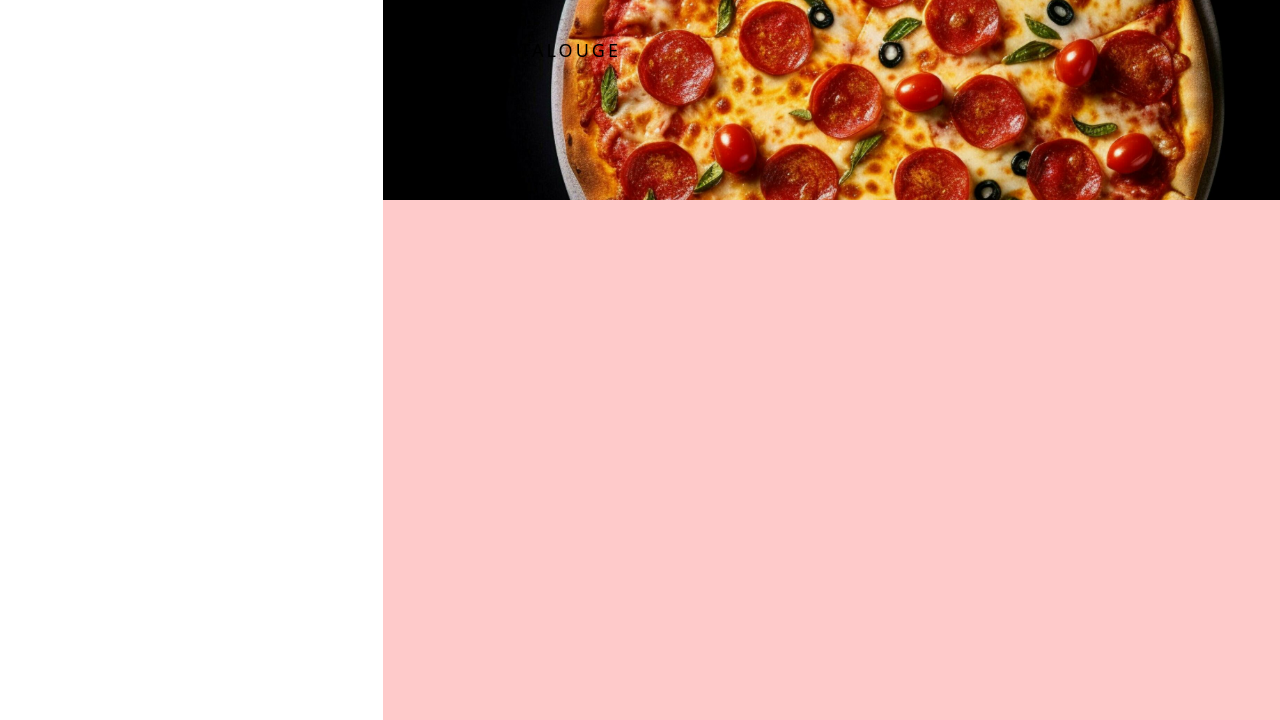
Repository: zahranaserii/FastFoodProject
Page: /
These files come from the project's save history. The page is drawn as it stood at one moment and after the next save; the edit follows.
The browser window is 1280 px wide. The pictures show the whole page.
The project was rebuilt for these pictures with package versions that can differ from the ones it lists, and the page was loaded fresh each time.

Above is the page before, as saved 2023-11-17 11:26:54.

### public/index.html
<!DOCTYPE html>
<html lang="fa" dir="rtl">
  <head>
    <meta charset="utf-8" />
    <meta name="viewport" content="width=device-width, initial-scale=1" />
    <meta name="theme-color" content="#000000" />
    <meta
      name="description"
      content="Web site created using create-react-app"
    />
    <link rel="apple-touch-icon" href="%PUBLIC_URL%/logo192.png" />
    <!--
      manifest.json provides metadata used when your web app is installed on a
      user's mobile device or desktop. See https://developers.google.com/web/fundamentals/web-app-manifest/
    -->
    <link rel="manifest" href="%PUBLIC_URL%/manifest.json" />
    <!--
      Notice the use of %PUBLIC_URL% in the tags above.
      It will be replaced with the URL of the `public` folder during the build.
      Only files inside the `public` folder can be referenced from the HTML.

      Unlike "/favicon.ico" or "favicon.ico", "%PUBLIC_URL%/favicon.ico" will
      work correctly both with client-side routing and a non-root public URL.
      Learn how to configure a non-root public URL by running `npm run build`.
    -->
    <title>React App</title>
  </head>
  <body>
    <noscript>You need to enable JavaScript to run this app.</noscript>
    <div id="root"></div>
    <!--
      This HTML file is a template.
      If you open it directly in the browser, you will see an empty page.

      You can add webfonts, meta tags, or analytics to this file.
      The build step will place the bundled scripts into the <body> tag.

      To begin the development, run `npm start` or `yarn start`.
      To create a production bundle, use `npm run build` or `yarn build`.
    -->
  </body>
</html>

### src/App.js
import "./App.css";
import Header from "./Header/Header";

function App() {
  return (
    <div className="bg-red-200 max-w-5xl container">
      <Header />
    </div>
  );
}

export default App;

### src/Header/Header.jsx
import React from "react";
import "./header.css";
const Header = () => {
  return (
    <header className="bg-cover bg-center">
      <div className="container pt-9">
        <h1 className="text-black text-lg text-end uppercase">
          fasfood catalouge
        </h1>
      </div>
    </header>
  );
};

export default Header;

### src/Header/header.css
header {
  height: 200px;
  background: url("../assets/images/of-pizza-with-no-background-free-photo.jpg");
  letter-spacing: 3px;
}

Loaded but not shown: src/index.js (common file); src/index.css (common file); src/App.css (common file); tailwind.config.js (common file)

After the next save:
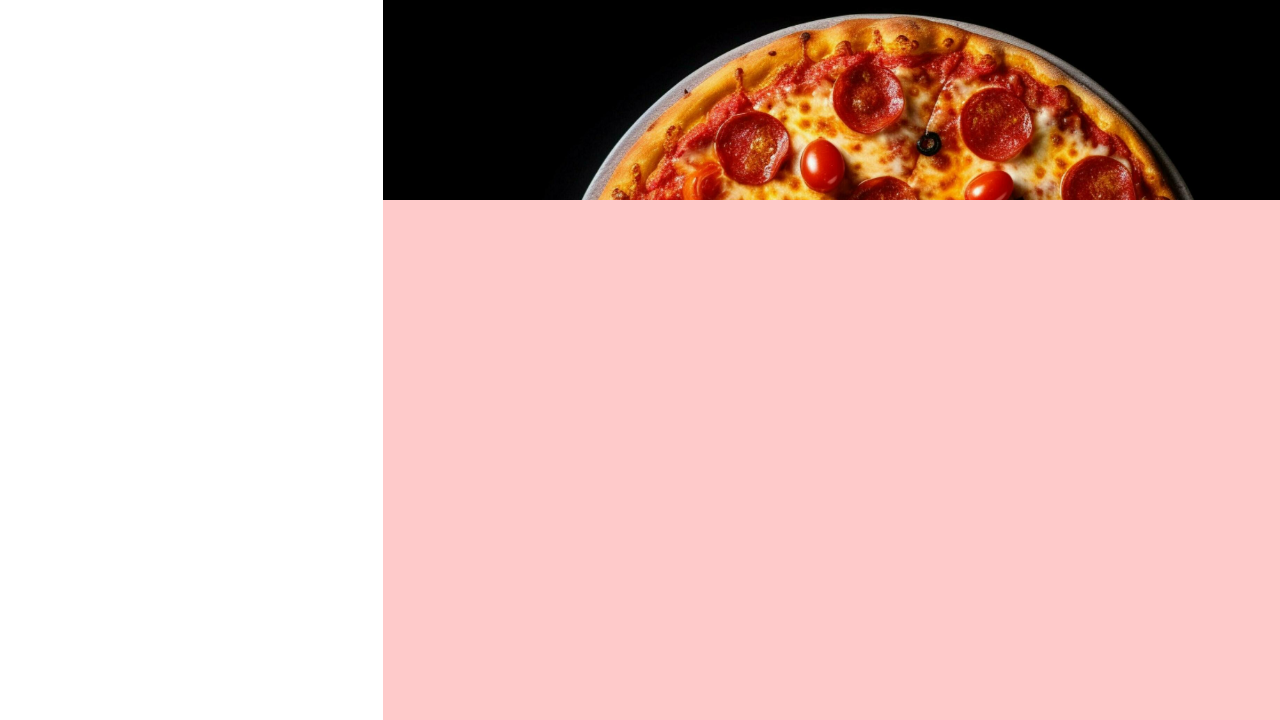
Saved 35 s later.
--- a/src/Header/Header.jsx
+++ b/src/Header/Header.jsx
@@ -2,7 +2,7 @@ import React from "react";
 import "./header.css";
 const Header = () => {
   return (
-    <header className="bg-cover bg-center">
+    <header className="bg-cover">
       <div className="container pt-9">
         <h1 className="text-black text-lg text-end uppercase">
           fasfood catalouge
